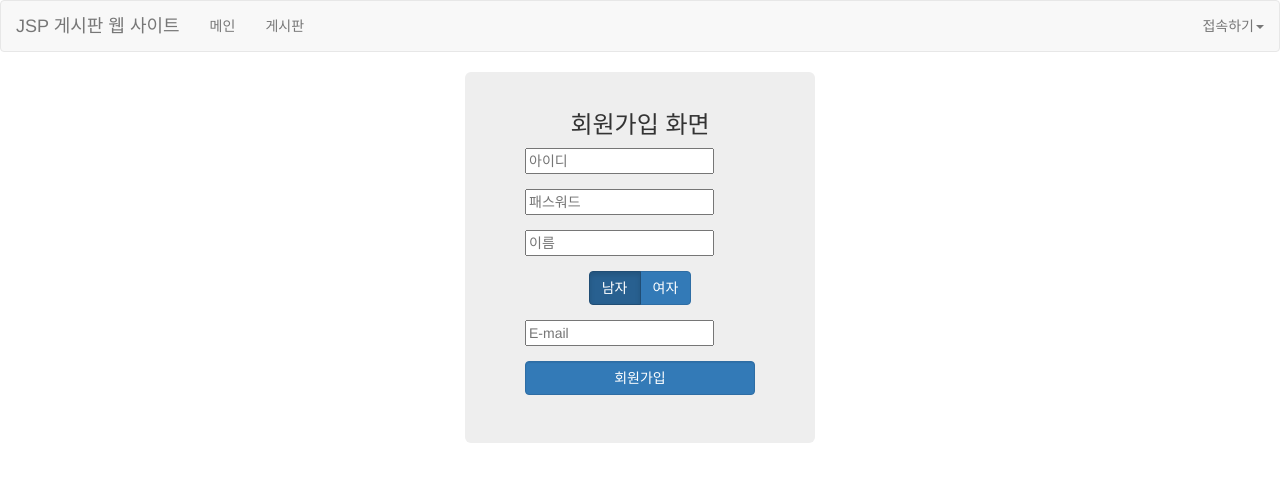
Repository: LeeJaeweon/Project
Page: http://localhost/BBS/join_test.jsp
An editor plug-in stored every save of this project. The page is shown before and after the next save, followed by the edit.
The browser window is 1280 px wide. The pictures show the whole page.
Some web libraries are served in a nearby version. The page is served by Tomcat 9.

Above is the page before, as saved 2023-06-13 05:33:45.

After the next save:
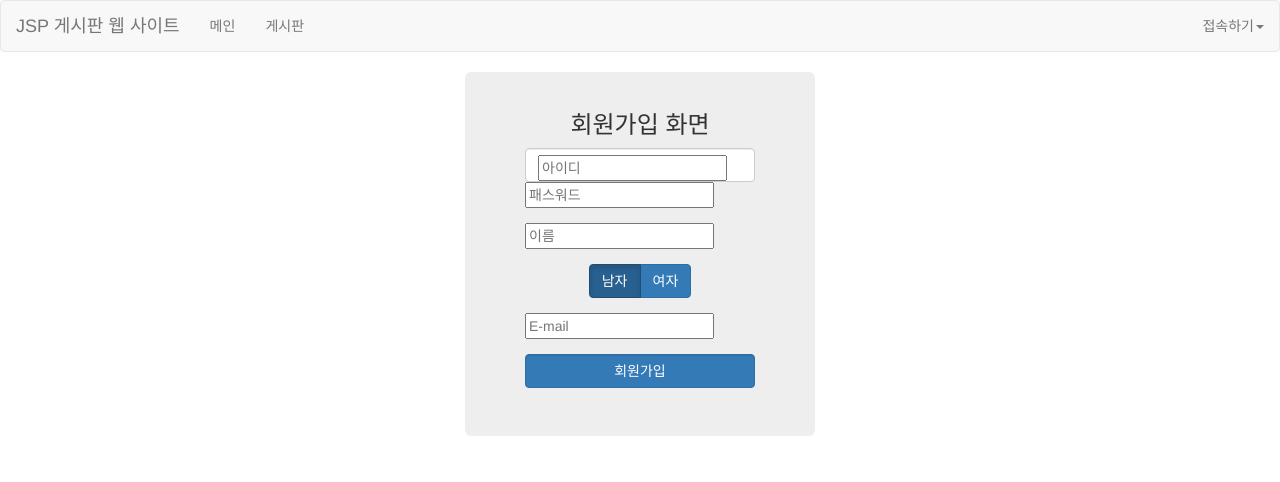
Saved 8 min 27 s later.
--- a/BBS/src/main/webapp/join_test.jsp
+++ b/BBS/src/main/webapp/join_test.jsp
@@ -12,41 +12,29 @@
 </head>
 <body>
 	<nav class="navbar navbar-default">
-		<!-- header부분을 먼저 구현해 주는데 홈페이지의 로고같은것을 담는 영역이라고 할 수 있다. -->
 		<div class="navbar-header">
-			<!-- <1>웹사이트 외형 상의 제일 좌측 버튼을 생성해준다. data-target= 타겟명을 지정해주고-->
 			<button type="button" class="navbar-toggle collapsed"
 				data-toggle="collapse" data-target="#bs-example-navbar-collapse-1"
-				aria-exmaple="false">
+				aria-expanded="false">
 				<span class="icon-bar"></span>
 				<span class="icon-bar"></span>
 				<span class="icon-bar"></span>
 			</button>
-			<!-- 여긴 웹페이지의 로고 글자를 지정해준다. 클릭 시 main.jsp로 이동하게 해주는게 국룰 -->
 			<a class="navbar-brand" href="main.jsp">JSP 게시판 웹 사이트</a>
 		</div>
-		<!-- 여기서 <1>에만든 버튼 내부의 데이터 타겟과 div id가 일치해야한다. -->
 		<div class="collapse navbar-collapse" id="bs-example-navbar-collapse-1">
-			<!-- div 내부에 ul은 하나의 어떠한 리스트를 보여줄때 사용 -->
 			<ul class="nav navbar-nav">
-			<!-- 리스트 내부에 li로 원소를 구현 메인으로 이동하게만들고-->
 				<li><a href="main.jsp">메인</a></li>
-			<!-- 게시판으로 이동하게 만든다. -->
 				<li><a href="bbs.jsp">게시판</a></li>
 			</ul>
-			<!-- 리스트 하나 더 생성 웹페이지 화면에서 우측 부분-->
 			<ul class="nav navbar-nav navbar-right">
-			<!-- 원소를 하나 구현해 준다. 네비게이션 우측 슬라이드메뉴 구현  -->
 				<li class="dropdown">
-					<!-- 안에 a태그를 하나 삽입한다. href="#"은 링크없음을 표시한다. -->
 					<a href="#" class="dropdown-toggle"
 						data-toggle="dropdown" role="button" aria-haspopup="true"
 						aria-expanded="false">접속하기<span class="caret"></span></a>
-					<!--접속하기 아래에 드랍다운메뉴 생성  -->
 					<ul class="dropdown-menu">
-						<!-- li class="active" 현재 선택된 홈페이지를 의미 -->
-						<li><a href="login.jsp">로그인</a></li>
-						<li class="active"><a href="join.jsp">회원가입</a></li>
+						<li class="active"><a href="login.jsp">로그인</a></li>
+						<li><a href="join.jsp">회원가입</a></li>
 					</ul>
 				</li>
 			</ul>
@@ -58,7 +46,7 @@
 			<div class="jumbotron" style="padding-top: 20px;">
 				<form method="post" action="joinAction.jsp">
 					<h3 style="text-align: center;">회원가입 화면</h3>
-					<div class="form-group">
+					<div class="form-control">
 						<input type="text" class="from-control" placeholder="아이디" name="userID" maxlength="20">
 					</div>
 					<div class="form-group">

After the save that followed:
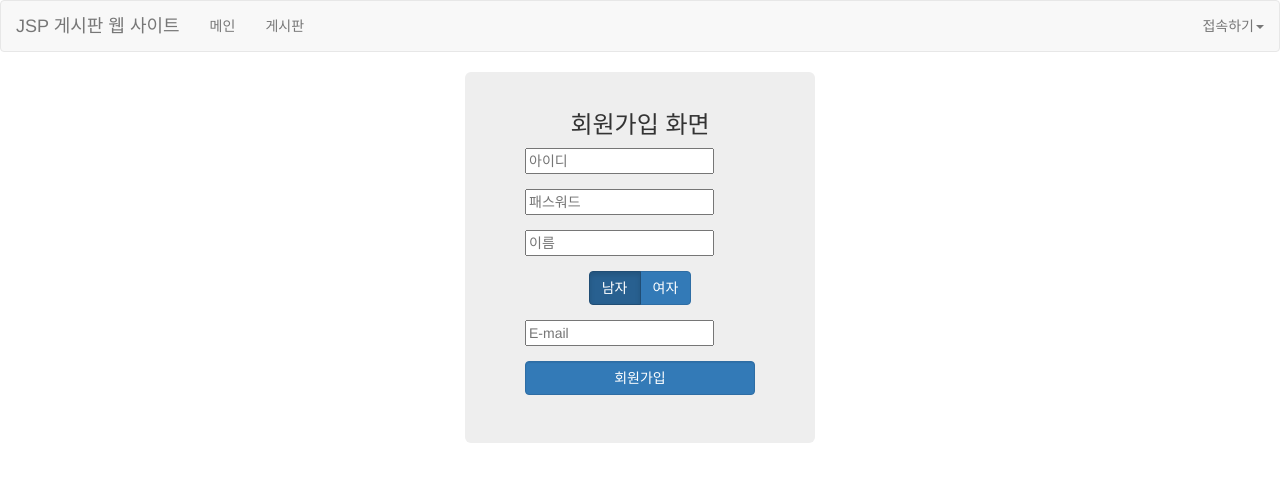
Saved 88 s later.
--- a/BBS/src/main/webapp/join_test.jsp
+++ b/BBS/src/main/webapp/join_test.jsp
@@ -46,7 +46,7 @@
 			<div class="jumbotron" style="padding-top: 20px;">
 				<form method="post" action="joinAction.jsp">
 					<h3 style="text-align: center;">회원가입 화면</h3>
-					<div class="form-control">
+					<div class="form-group">
 						<input type="text" class="from-control" placeholder="아이디" name="userID" maxlength="20">
 					</div>
 					<div class="form-group">
